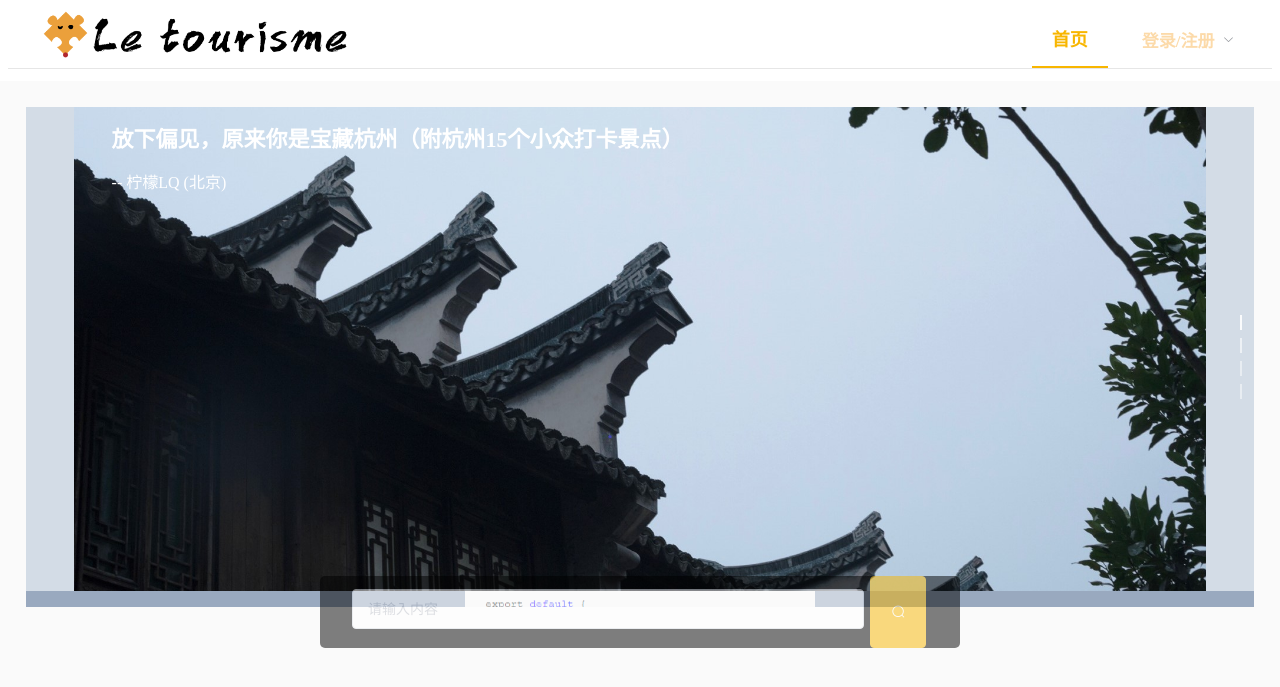
Repository: linxuerou0129/2020.08.31
Page: /
The author's editor kept a copy of each file at every save. The page is drawn from the files as they stood at one save, then again after the next save.
The browser window is 1280 px wide. The pictures show the whole page.
The page's requests for data from a server got no answer. The project was rebuilt for these pictures with package versions that can differ from the ones it lists, and the page was loaded fresh each time. No one was signed in, and anything a server would have sent is missing.

Above is the page before, as saved 2020-09-01 01:20:55.

### src/main.js

import ElementUI from 'element-ui' //新添加
import '../theme/index.css' //新添加，避免后期打包样式不同，要放在import App from './App';之前

import Vue from 'vue'
import App from './App.vue'
import router from './router'

Vue.use(ElementUI)   //新添加

import axios from 'axios'
axios.defaults.withCredentials = true;

Vue.config.productionTip = false

new Vue({
  router,
  render: h => h(App)
}).$mount('#app')

import VDistpicker from 'v-distpicker'
Vue.component('v-distpicker', VDistpicker);

### src/App.vue
<template>
<div id="app">
<el-menu :default-active="$route.path" class="el-menu-demo" mode="horizontal" @select="handleSelect" text-color="#FCDAA9" active-text-color="#f8b600" router>
  <img src="./assets/logo.png" width="55" class="logo">
  <img src="./assets/tittle.png" width="270">
  <el-menu-item index="/" class="head1"><strong>首页</strong></el-menu-item>
  <el-submenu class="head3" v-if="login" index="/Edit">
    <template slot="title">
      <el-avatar :src="circleUrl"></el-avatar>
    </template>
    <el-menu-item index="/Edit">
      我的设置
    </el-menu-item>
    <el-menu-item index="/Publish">
      发布游记
    </el-menu-item>
    <el-menu-item index="/Published">
      个人中心
    </el-menu-item>
    <el-menu-item index="/MyCollect">
      我的收藏
    </el-menu-item>
    <el-menu-item index="/Message">
      消息中心
    </el-menu-item>
    <el-menu-item  @click="logout">
      退出
    </el-menu-item>
  </el-submenu>
  <el-submenu v-if="!login"  class="head4" index=1>
    <template slot="title">
      <strong>登录/注册</strong>
    </template>
    <el-menu-item @click="dialogFormVisible = true">
      注册
    </el-menu-item>
    <el-menu-item @click="loginFormShow = true">
      登录
    </el-menu-item>
  </el-submenu>
</el-menu>
<router-view></router-view>
<el-dialog title="注册" :visible.sync="dialogFormVisible">
  <el-form :model="formZhuce"  ref="formZhuce" status-icon :rules="rules">
    <el-form-item
      prop="email"
      label="邮箱"
      :rules="[
        { required: true, message: '请输入邮箱地址', trigger: 'blur' },
        { type: 'email', message: '请输入正确的邮箱地址', trigger: ['blur', 'change'] }
      ]"
    >
      <el-input v-model="formZhuce.email"></el-input>
      <el-button size="mini" @click="submitEmail" round>获取验证码</el-button>
    </el-form-item>
    <el-form-item label="验证码" prop="check">
      <el-input v-model="formZhuce.check"></el-input>
    </el-form-item>
    <el-form-item label="用户昵称" prop="name">
      <el-input v-model="formZhuce.name"></el-input>
    </el-form-item>
    <el-form-item label="密码" prop="pass">
      <el-input type="password" v-model="formZhuce.pass" autocomplete="off"></el-input>
    </el-form-item>
    <el-form-item label="确认密码" prop="checkPass">
      <el-input type="password" v-model="formZhuce.checkPass" autocomplete="off"></el-input>
    </el-form-item>
    <el-form-item>
      <el-button type="primary" @click="submitForm('formZhuce')">注册</el-button>
      <el-button @click="dialogFormVisible = false">取消</el-button>
    </el-form-item>
  </el-form>
</el-dialog>
<el-dialog title="登录" :visible.sync="loginFormShow">
  <el-form :model="formLogin"  ref="formLogin" status-icon :rules="rules">
    <el-form-item
      prop="email"
      label="邮箱"
      :rules="[
        { required: true, message: '请输入邮箱地址', trigger: 'blur' },
        { type: 'email', message: '请输入正确的邮箱地址', trigger: ['blur', 'change'] }
      ]"
    >
      <el-input v-model="formLogin.email"></el-input>
    </el-form-item>
    <el-form-item label="密码" prop="pass">
      <el-input type="password" v-model="formLogin.pass" autocomplete="off"></el-input>
    </el-form-item>
    <el-form-item>
      <a href="/Forget">忘记密码</a>
    </el-form-item>
    <el-form-item>
      <el-button type="primary" @click="loginIt('formLogin')">登录</el-button>
      <el-button @click="loginFormShow= false">取消</el-button>
    </el-form-item>
  </el-form>
</el-dialog>
</div>
</template>
<style>
    .el-menu--horizontal>.el-submenu .el-submenu__title {
        font-size: 17px;
    }
</style>
<style scoped>
.avatar-uploader {
    border: 1px dashed black;
    border-radius: 6px;
    cursor: pointer;
    position: relative;
    overflow: hidden;
    width: 178px;
    height: 178px;
  }
  .avatar-uploader-icon {
    font-size: 28px;
    color: #8c939d;
    width: 178px;
    height: 178px;
    line-height: 178px;
    text-align: center;
  }
  .avatar {
    width: 178px;
    height: 178px;
    display: block;
  }
.logo{
  position: fixed;
  top: 1%;
  left: 3%;
}
.head1{
  position: relative;
  left: 81%;
  font-size: 18px;
}
.head3{
  position: fixed;
  right:4.5%;
  top: 1.3%;
  font-size: 18px;
}
.head4{
  position: fixed;
  right: 2%;
  top: 1.5%;
  font-size: 18px!important;
}
</style>

<script>
import { Message } from 'element-ui';
import axios from 'axios'
export default {
    data() {
       var validatePass = (rule, value, callback) => {
        if (value === '') {
          callback(new Error('请输入密码'));
        } else {
          if (this.formZhuce.checkPass !== '') {
            this.$refs.formZhuce.validateField('checkPass');
          }
          callback();
        }
      };
      var validatePass2 = (rule, value, callback) => {
        if (value === '') {
          callback(new Error('请再次输入密码'));
        } else if (value !== this.formZhuce.pass) {
          callback(new Error('两次输入密码不一致!'));
        } else {
          callback();
        }
      };
      return {
        circleUrl: "http://106.75.157.168:5657/api/static/touxiang.png",
        activeIndex: '1',
        activeIndex2: '1',
        login:false,
        dialogFormVisible:false,
        loginFormShow:false,
        setFormShow:false,
        formZhuce: {
          email:'',
          pass:'',
          checkPass:'',
          name:'',
          check:''
        },
        formLogin:{
          email:'',
          pass:''
        },
        imageUrl: '',
        rules: {
          pass: [
            { validator: validatePass, trigger: 'blur' }
          ],
          checkPass: [
            { validator: validatePass2, trigger: 'blur' }
          ],
          check:[
            { required: true, message: '请输入验证码', trigger: 'blur'},
            { min: 4, max: 4, message: '长度为4个字符', trigger: 'blur' }
          ],
          name:[
            { required: true, message: '请输入用户昵称', trigger: 'blur' },
            { min: 4, max: 16, message: '长度在 4 到 16 个字符', trigger: 'blur' }
          ],
        }
      };
    },
    methods: {
      handleSelect(key, keyPath) {
        console.log(key, keyPath);
      },
      submitForm(formName) {
        this.$refs[formName].validate((valid) => {
          if (valid) {
              axios.post('http://106.75.157.168:5657/api/register', {
                register_email: this.formZhuce.email,
                register_name:this.formZhuce.name,
                register_password:this.formZhuce.pass,
                register_code:this.formZhuce.check
              })
            .then((response) =>{
              console.log(response.data);
              if(response.data.status=="success"){
                this.dialogFormVisible = false;
                Message.success('注册成功');
              }
              else{
                Message.error(response.data.status)
              }
            })
            .catch(function (error) {
              console.log(error);
            });
          }
          else {
            console.log('error submit!!');
            return false;
          }
        });
      },
      submitEmail(){
        var reg = /^[a-zA-Z0-9]+@[a-z0-9]{2,5}\.[a-z]{2,3}(\.[a-z]{2,3})?$/;
        var result = reg.test(this.formZhuce.email);
        if(this.formZhuce.email==''){
          this.$message({
                    message: '邮箱不可为空',
                    type: 'warning'
                });
        }
        else if(!result){
          this.$message({
                    message: '邮箱输入有误',
                    type: 'warning'
                });
        }
        else{
          axios.post('http://106.75.157.168:5657/api/send_email', {
              email: this.formZhuce.email,
              type:6
            })
          .then((response)=> {
            console.log(response.data);
            Message.success('发送成功，请注意查收')
          })
          .catch(function (error) {
            console.log(error);
          });
        }
      },
      loginIt(formName) {
        this.$refs[formName].validate((valid) => {
          if (valid) {
            axios.post('http://106.75.157.168:5657/api/login_user', {
                login_id: this.formLogin.email,
                login_password:this.formLogin.pass
              })
            .then((response) =>{
              console.log(response.data);
              if(response.data.status=="success"){
                this.loginFormShow=false;
                this.login=true;
                Message.success('登录成功');
                location.href="/";
              }
              else{
                Message.error('登录失败，请重新登录');
              }
            })
            .catch(function (error) {
              console.log(error);
            });
          }
          else {
            console.log('error submit!!');
            return false;
          }
        });
      },
      logout(){
        axios.get('http://106.75.157.168:5657/api/logout_user')
            .then((response)=>{
              console.log(response.data);
              this.login=false;
              location.href="/";
              Message.success('退出成功');
            })
            .catch(function(error){
                console.log(error);
            });
      },
    },
    watch:{
      login:function(val,oldVal){
           if(val==true){
             axios({
              url:'http://106.75.157.168:5657/api/getinfo2',
	            method: 'get'
            })
            .then((response)=>{
                 console.log(response.data);
                this.circleUrl="http://106.75.157.168:5657/api"+response.data.头像;
            })
            .catch(function(error){
                console.log(error);
            });
           }
        }
    },
    mounted(){
      axios({
            url:'http://106.75.157.168:5657/api/getinfo2',
	            method: 'get'
            })
            .then((response)=>{
                 console.log(response.data);
                this.login=true
                this.circleUrl="http://106.75.157.168:5657/api"+response.data.头像;
                console.log("http://106.75.157.168:5657/api"+response.data.头像)
            })
            .catch(function(error){
                console.log(error);
            });
    }
  }
</script>

### src/router/index.js
import Vue from 'vue'
import VueRouter from 'vue-router'
import Home from '../views/Home.vue'

Vue.use(VueRouter)

  const routes = [
  {
    path: '/',
    name: 'Home',
    component: Home
  },
  {
    path: '/Edit',
    name: 'Edit',
    component: () => import(/* webpackChunkName: "about" */ '../views/Edit.vue')
  },
  {
    path: '/Published',
    name: 'Published',
    component: () => import(/* webpackChunkName: "about" */ '../views/Published.vue')
  },
  {
    path: '/MyCollect',
    name: 'MyCollect',
    component: () => import(/* webpackChunkName: "about" */ '../views/MyCollect.vue')
  },
  {
    path: '/Message',
    name: 'Message',
    component: () => import(/* webpackChunkName: "about" */ '../views/Message.vue')
  },
  {
    path: '/Forget',
    name: 'Forget',
    component: () => import(/* webpackChunkName: "about" */ '../views/Forget.vue')
  },
  {
    path: '/Publish',
    name: 'Publish',
    component: () => import(/* webpackChunkName: "about" */ '../views/Publish.vue')
  },
  {
    path: '/Show',
    name: 'Show',
    component: () => import(/* webpackChunkName: "about" */ '../views/Show.vue')
  },
  {
    path: '/Search',
    name: 'Search',
    component: () => import(/* webpackChunkName: "about" */ '../views/Search.vue')
  },
]

const router = new VueRouter({
  mode: 'history',
  base: process.env.BASE_URL,
  routes
})

export default router

### src/views/Home.vue
<template>
  <div class="content">
    <div class="carousel">
      <el-carousel :interval="5000" direction="vertical" height="500px">
      <el-carousel-item>
        <div class="head">
          <strong>放下偏见，原来你是宝藏杭州（附杭州15个小众打卡景点）</strong>
          <p style="font-size: 16px;">-- 柠檬LQ (北京) </p>
        </div>
        <img class="photo" src="../assets/test1.jpg">
      </el-carousel-item>
      <el-carousel-item>
        <img class="photo" src="../assets/1.png">
      </el-carousel-item>
      <el-carousel-item>
      </el-carousel-item>
      <el-carousel-item>
      </el-carousel-item>
    </el-carousel>
    </div>
    <div class="search">
      <el-input
        placeholder="请输入内容"
        v-model="input"
        clearable class="input">
      </el-input>
      <el-button type="primary" icon="el-icon-search" style="margin-left:6%"></el-button>
    </div>
  </div>
</template>

<script>
// @ is an alias to /src
export default {
  data(){
        return{
            input:''
        }
    },
}
</script>

<style scoped>
.input{
  width: 80%;
  left: 5%;
  top: 18%;
}
.search{
  position: fixed;
  height: 10%;
  width: 50%;
  background-color: black;
  z-index: 9999;
  opacity: 50%;
  top: 80%;
  left: 25%;
  border-radius: 5px;
   display: -webkit-flex; /* Safari */
  display: flex;
    flex-direction: row;
}
.photo{
  z-index: 9;
  width: auto;
  height: 100%;
  display: table;
            margin: 0 auto;
}
.head{
  z-index: 999;
    position: absolute;
  color: white;
  font-size: 22px;
  left: 7%;
  top: 6%;
}
.carousel{
  position: relative;
  top: 4%;
  width: 96%;
  left: 2%;
  z-index: 9;
}
.content{
    width: 100%;
   top: 11.3%;

    bottom:0;

    position:fixed;

    overflow-y:scroll;

    overflow-x:hidden;
  right: 0;
  background-color:#FAFAFA;
}
.el-carousel__item h3 {
    color: #475669;
    font-size: 18px;
    opacity: 0.75;
    line-height: 300px;
    margin: 0;
  }
  .el-carousel__item:nth-child(2n) {
    background-color: #99a9bf;
  }

  .el-carousel__item:nth-child(2n+1) {
    background-color: #d3dce6;
  }
</style>

Loaded but not shown: public/index.html (common file); theme/index.css (library)

After the next save:
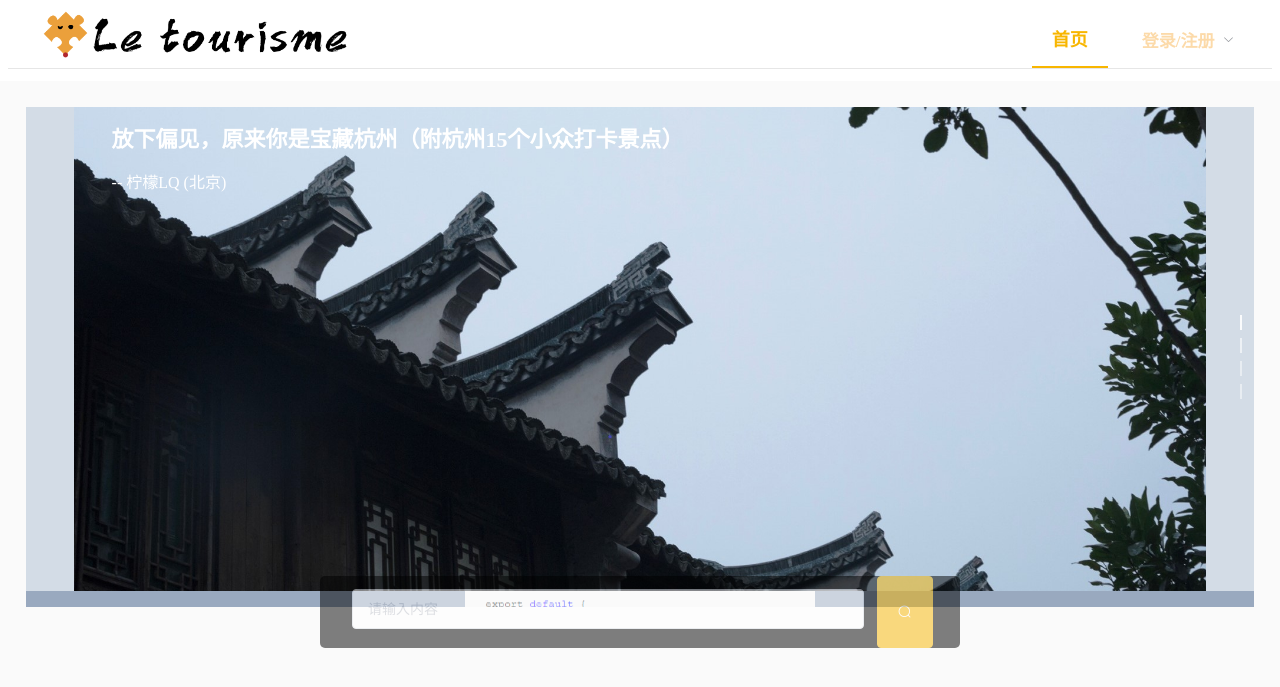
Saved 23 s later.
--- a/src/views/Home.vue
+++ b/src/views/Home.vue
@@ -24,7 +24,7 @@
         v-model="input"
         clearable class="input">
       </el-input>
-      <el-button type="primary" icon="el-icon-search" style="margin-left:6%"></el-button>
+      <el-button type="primary" icon="el-icon-search" style="margin-left:7%"></el-button>
     </div>
   </div>
 </template>

After the save that followed:
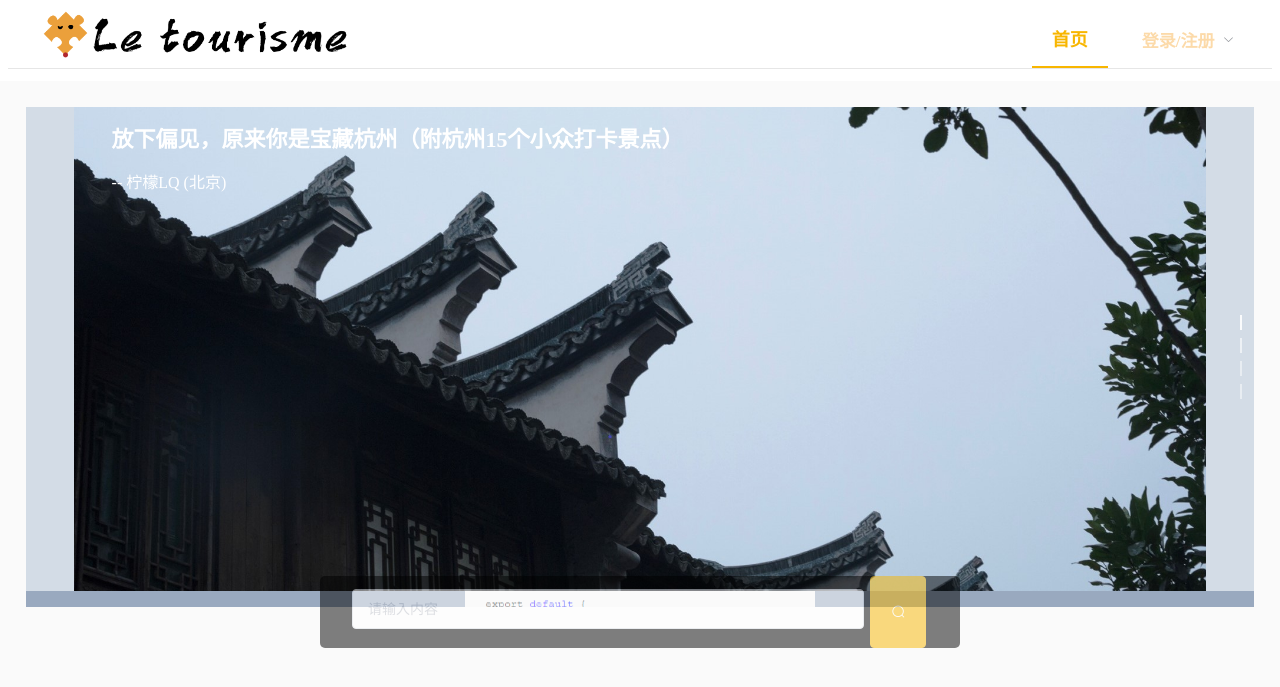
Saved 9 s later.
--- a/src/views/Home.vue
+++ b/src/views/Home.vue
@@ -24,7 +24,7 @@
         v-model="input"
         clearable class="input">
       </el-input>
-      <el-button type="primary" icon="el-icon-search" style="margin-left:7%"></el-button>
+      <el-button type="primary" icon="el-icon-search" style="margin-left:6%"></el-button>
     </div>
   </div>
 </template>
